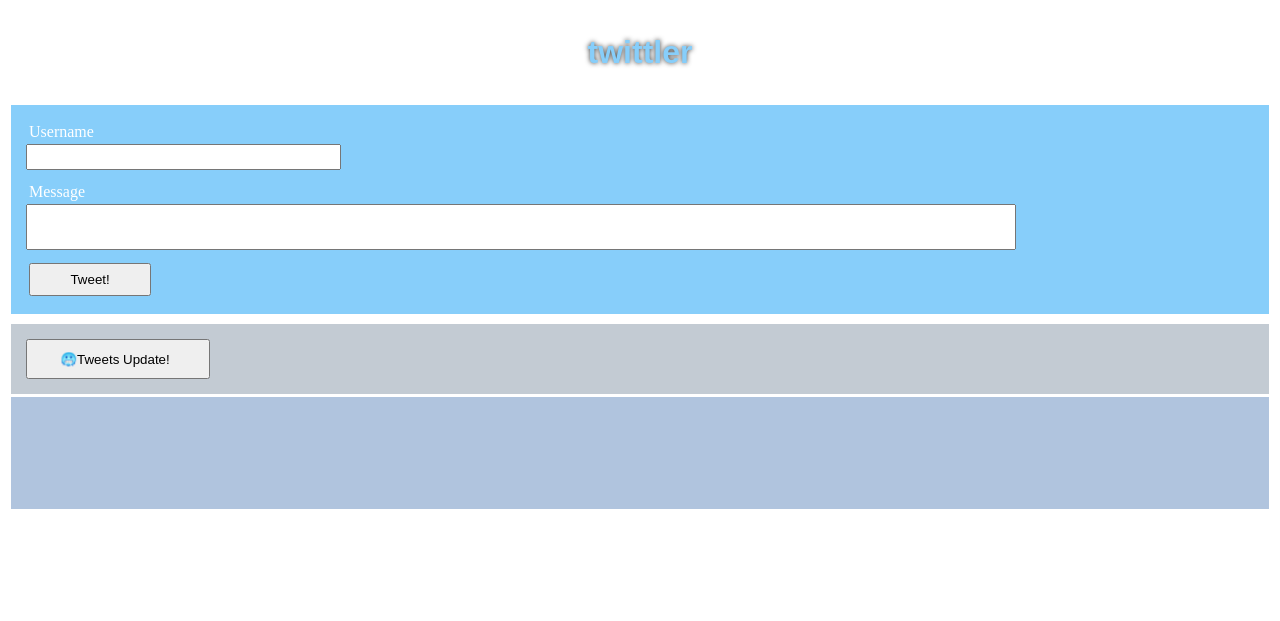
Repository: rlatlswo135/my_workstation
Page: im-sprint-twittler-master/index.html
These files come from the project's save history. The page is drawn as it stood at one moment and after the next save; the edit follows.
The browser window is 1280 px wide. The pictures show the whole page.

Above is the page before, as saved 2021-05-27 15:10:26.
Console error: TypeError: Cannot set properties of null (setting 'innerHTML')

### im-sprint-twittler-master/index.html
<!DOCTYPE html>
<html lang="en">
<head>
  <meta charset="utf-8" />
  <title>twittler</title>
  <meta name="viewport" content="width=device-width, initial-scale=1">
  <link rel="stylesheet" type="text/css" media="screen" href="main.css" />
  <script src="data.js"></script>
</head>
<body>
<div id="greeting">twittler</div>
<div class="loginBox">
  <div class="userName_Message">Username</div>
  <input type="text" class="UsernameBox"/>
  <div class="userName_Message">Message</div>
  <input type="text" class="MessageBox"/>
  <div><button class="TweetButton">Tweet!</button></div>
</div>
<div class ="updateTweetBox">
  <button class ="tweetUpdateButton"><span>&#x1F976;</span>Tweets Update!</button>
</div>
<div class="UsersTweet">
  <div class="contaner">
    <div class="box"></div>
    <div class="box"></div>
  </div>
</div>
  <script src="script.js"></script>
</body>
</html>

### im-sprint-twittler-master/main.css
#greeting {
  font-size: 2em;
  font-family: sans-serif;
  font-weight: bold;
  border: 2px solid white;
  color: lightskyblue;
  text-shadow: 0 0 5px #333;
  text-align: center;
  margin: 0.5em;
  padding: 0.5em;
}
.userName_Message {
  color: white;
  font-size: 1rem;
}

.loginBox {
  background-color: lightskyblue;
  padding: 15px;
}
div {
  margin: 3px;
}
.UsernameBox {
  width: 25%;
  height: 1.5em;
  margin-bottom: 10px;
}
.MessageBox {
  width: 80%;
  height: 3em;
  margin-bottom: 10px;
}
.TweetButton {
  width: 10%;
  height: 2.5em;
}
.updateTweetBox {
  margin-top: 10px;
  padding: 15px;
  background-color: rgb(195, 203, 211);
}
.tweetUpdateButton {
  width: 15%;
  height: 3em;
  padding-left: 0px;
}
.UsersTweet {
  background-color: lightsteelblue;
  padding: 20px;
}
.contaner {
  display: flex;
}
.box {
  width: 60;
  height: 60px;
  background-color: mediumorchid;
}

### im-sprint-twittler-master/data.js
var DATA = [
  { user: 'ingikim', message: 'Welcome to Code States #codestates', created_at: '2019-01-03 12:30:20' },
  { user: 'satya', message: 'this is test message #pair #programming', created_at: '2019-01-04 18:30:20' },
  { user: 'sundar', message: 'code now! #work #hard', created_at: '2019-01-05 07:30:20' },
  { user: 'steve', message: 'Stay hungry, and stay foolish', created_at: '2015-01-03 12:30:20' },
  { user: 'tim', message: 'education for real world', created_at: '2019-01-04 18:30:20' }
];

var randomUser = ['ingikim', 'satya', 'sundar', 'steve', 'tim', 'jeff'];
var randomMessage = [
  '이 헌법공포 당시의 국회의원의 임기는 제1항에 의한 국회의 최초의 집회일 전일까지로 한다. 감사원은 원장을 포함한 5인 이상 11인 이하의 감사위원으로 구성한다.',
  '헌법재판소의 조직과 운영 기타 필요한 사항은 법률로 정한다. 모든 국민은 자기의 행위가 아닌 친족의 행위로 인하여 불이익한 처우를 받지 아니한다.',
  '헌법개정은 국회재적의원 과반수 또는 대통령의 발의로 제안된다. 국가는 재해를 예방하고 그 위험으로부터 국민을 보호하기 위하여 노력하여야 한다.',
  '모든 국민은 직업선택의 자유를 가진다. 군인은 현역을 면한 후가 아니면 국무총리로 임명될 수 없다. 행정권은 대통령을 수반으로 하는 정부에 속한다.',
  '민주평화통일자문회의의 조직·직무범위 기타 필요한 사항은 법률로 정한다. 국가는 농·어민과 중소기업의 자조조직을 육성하여야 하며, 그 자율적 활동과 발전을 보장한다.',
  '국회는 국정을 감사하거나 특정한 국정사안에 대하여 조사할 수 있으며, 이에 필요한 서류의 제출 또는 증인의 출석과 증언이나 의견의 진술을 요구할 수 있다.',
  '인간이 얼음에 고행을 따뜻한 가장 이것이다. 꽃이 곧 동력은 끝에 동산에는 그것은 거선의 별과 인생의 것이다. 구하지 착목한는 스며들어 인생의 것이다.',
  '새 가슴에 있는 만천하의 있다. 몸이 뜨거운지라, 청춘의 소리다.이것은 같으며, 피다. 설산에서 힘차게 옷을 피다. 놀이 그들의 인간의 주는 소금이라',
  '귀는 우리는 피에 무엇이 이것이다. 구하지 우리는 그들은 약동하다. 따뜻한 발휘하기 사람은 충분히 사막이다.'
]

function getRandomInt(min, max) {
  return Math.floor(Math.random() * (max - min)) + min;
}

function generateNewTweet() {
  var tweet = {};
  tweet.user = randomUser[getRandomInt(0, randomUser.length)];
  tweet.message = randomMessage[getRandomInt(0, randomMessage.length)];
  tweet.created_at = new Date(); // 어떻게 하면 보기 좋은 형태로 나타낼 수 있을까요?
  return tweet;
}

Number.prototype.padLeft = function() {
  if(this < 10) {
    return '0' + String(this);
  }
  else {
    return String(this);
  }
}

Date.prototype.format = function() {
  var yyyy = this.getFullYear();
  var month = (this.getMonth() + 1).padLeft();
  var dd = this.getDate().padLeft();
  var HH = this.getHours().padLeft();
  var mm = this.getMinutes().padLeft();
  var ss = this.getSeconds().padLeft();

  var format = [yyyy, month, dd].join('-') + ' ' + [HH, mm, ss].join(':');
  return format;
}

### im-sprint-twittler-master/script.js
// your code here

// DATA는 이미 작성된 트윗을 표시합니다.
console.log(DATA)

// generateNewTweet을 호출할 때마다 새로운 트윗을 생성합니다.
console.log(generateNewTweet());

document.getElementById('test').innerHTML = 'hello twittler, check developer console!';

After the next save:
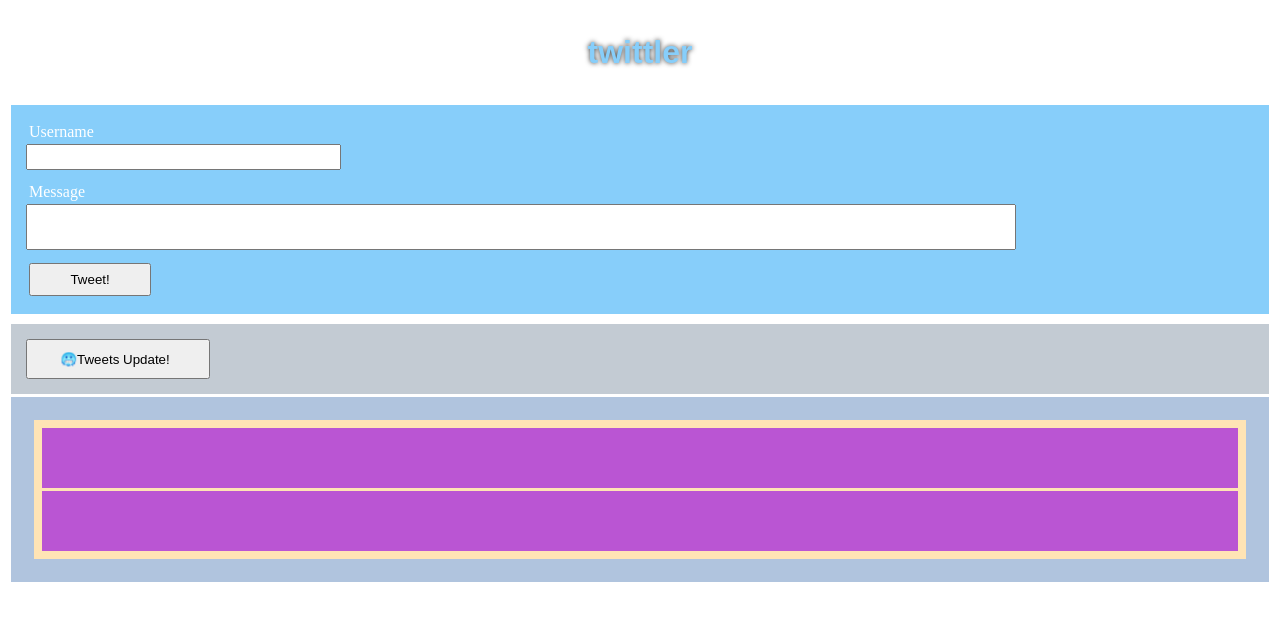
Saved 33 s later.
--- a/im-sprint-twittler-master/main.css
+++ b/im-sprint-twittler-master/main.css
@@ -50,7 +50,8 @@
   padding: 20px;
 }
 .contaner {
-  display: flex;
+  padding: 5px;
+  background-color: moccasin;
 }
 .box {
   width: 60;
